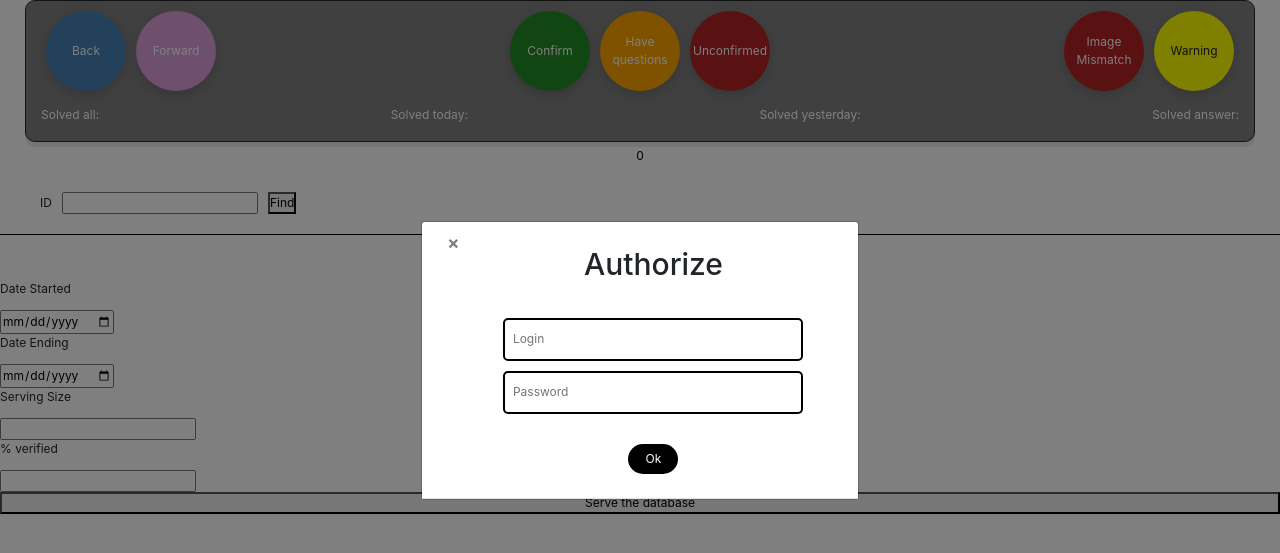
Repository: dmitryglitch/Product-Comparison
Page: /
An editor plug-in stored every save of this project. The page is shown before and after the next save, followed by the edit.
The browser window is 1280 px wide. The pictures show the whole page.
The page's requests for data from a server got no answer. The project was rebuilt for these pictures with package versions that can differ from the ones it lists, and the page was loaded fresh each time. No one was signed in, and anything a server would have sent is missing. Also part of the build but not shown: src/containers/App.css, src/components/Product/ProductOptions.jsx, src/components/Product/ProductImages.jsx, src/components/Product/ProductSpec.jsx, src/components/Product/Product.jsx.

Above is the page before, as saved 2020-02-17 20:46:54.

### src/index.js
import React from 'react';
import ReactDOM from 'react-dom';
import './index.css';
import App from './containers/App';
import * as serviceWorker from './serviceWorker';
import 'bootstrap/dist/css/bootstrap.min.css';
import $ from 'jquery';
import Popper from 'popper.js';
import 'bootstrap/dist/js/bootstrap.bundle.min';

import {createStore, applyMiddleware} from 'redux'
import {composeWithDevTools} from 'redux-devtools-extension';
import thunk from 'redux-thunk'

import reducer from './reducers'
import {Provider} from 'react-redux'

const store = createStore(reducer, composeWithDevTools(applyMiddleware(thunk)));

const rootElement = document.getElementById('root');
ReactDOM.render(
    <Provider store={store}>
        <App/>
    </Provider>,
    rootElement
);

// If you want your app to work offline and load faster, you can change
// unregister() to register() below. Note this comes with some pitfalls.
// Learn more about service workers: https://bit.ly/CRA-PWA
serviceWorker.unregister();

### src/index.css
html {
  height: 100vh;
  width: 100vw;
  font-size: 12px;
}

*,
body {
  margin: 0;
  padding: 0;
  font-family: -apple-system, BlinkMacSystemFont, "Segoe UI", "Roboto", "Oxygen",
    "Ubuntu", "Cantarell", "Fira Sans", "Droid Sans", "Helvetica Neue",
    sans-serif;
  -webkit-font-smoothing: antialiased;
  -moz-osx-font-smoothing: grayscale;
}

.root {
  display: grid;
  width: 100%;
}

code {
  font-family: source-code-pro, Menlo, Monaco, Consolas, "Courier New",
    monospace;
}

.product-container {
  width: 100%;
  height: 100%;
  display: flex;
  justify-content: center;
  flex-direction: row;
}

.product-container-item {
  width: 50%;
  padding: 20px;
  margin: 25px;

  box-shadow: 0 5px 0 #ebebeb;
  display: flex;
  align-items: center;
  flex-direction: column;

  border: 1px solid;
  border-radius: 10px;
}

.product-container-item-name {
  width: 95%;
  height: fit-content;
  padding: 10px;

  display: flex;
  justify-content: center;
  align-items: center;
  text-align: center;
  flex-direction: column;
  box-shadow: 0 5px 0 #ebebeb;

  background-color: linen;
  border-radius: 10px;
}

/* OPTIONS */
.options-container-head {
  display: flex;
  justify-content: space-between;
  text-align: center;

  margin: 10px;
}

.options-container-head h4 {
  width: 50%;
}

.options-container {
  width: 95%;
  padding: 10px;

  display: flex;
  flex-direction: column;

  margin-top: 25px;
  background-color: aliceblue;
  border-radius: 10px;
  box-shadow: 0 5px 0 #ebebeb;
}

.options-item {
  display: flex;
  margin: 15px;
}

.options-item-name {
  width: 50%;
}

.options-item-value {
  width: 50%;
}

.options-name {
  font-weight: bold;
}

/* SPECS */
.specs-container-head {
  display: flex;
  justify-content: space-between;
  text-align: center;

  padding: 10px;
}

.specs-container-head h4 {
  width: 50%;
}

.specs-container {
  width: 95%;
  padding: 10px;

  display: flex;
  flex-direction: column;
  margin-top: 25px;

  box-shadow: 0 5px 0 #ebebeb;
  border-radius: 10px;
  background-color: lavenderblush;
}

.specs-item {
  display: flex;
  margin: 15px;
}

.specs-item-name {
  width: 50%;
}

.specs-item-value {
  width: 50%;
}

.specs-name {
  font-weight: bold;
}

.specs-notation {
  cursor: pointer;
  margin: 5px;
  text-align: center;
}

.product-container-item-name p {
  font-size: 12px;
}

.image-gallery.image-gallery-using-mouse {
  width: 100%;
}

.image-gallery-slide-wrapper.bottom {
  width: 400px;
  height: fit-content;
}

.image-gallery-content.bottom {
  position: relative;
  line-height: 0;
  top: 0;
  display: flex;
  flex-direction: column;
  align-items: center;
}

.image-gallery-thumbnails-container {
  display: flex;
  flex-wrap: wrap;
}

.image-gallery-thumbnail {
  width: 70px !important;
  height: 70px;
}

.line {
  width: 100%;
  height: 1px;
  background-color: black;
}

.image-gallery-container {
  margin: 25px;
}

.image-gallery.image-gallery-using-mouse {
  display: flex;
  justify-content: center;
  align-items: center;
}

.image-gallery-content.bottom.fullscreen {
  width: 50%;
}

.image-gallery-slide-wrapper.bottom {
  width: 100%;
}

/*BUTTON-BAR*/
.button-bar-content {
  display: flex;
  flex-direction: column;
  justify-content: space-between;
  padding: 5px 15px 5px 15px;
  margin: 0 25px 5px 25px;
  border: 1px solid;
  border-radius: 10px;
  background-color: gray;
  box-shadow: 0 5px 0 #ebebeb;
}

.button-bar-content-top {
  display: flex;
  justify-content: space-between;
}

.button-bar-content-center-bt {
  display: flex;
}

.button-bar-content-center button {
  margin: 5px;
}

.button-bar-info-content {
  text-align: center;
  color: black;
}

.button-bar-content-left button {
  width: 80px;
  height: 80px;
  margin: 5px;
  border-radius: 100px;
  cursor: pointer;
  box-shadow: 0px 4px 12px rgba(0, 0, 0, 0.17);
  border: 0;
  color: #fff;
}

.btn-back {
  background-color: steelblue;
}

.btn-forward {
  background-color: plum;
}

.btn-confirm {
  width: 80px;
  height: 80px;
  border-radius: 100px;
  background-color: forestgreen;
  cursor: pointer;
  box-shadow: 0px 4px 12px rgba(0, 0, 0, 0.17);
  border: 0;
  color: #fff;
}

.btn-questions {
  width: 80px;
  height: 80px;
  border-radius: 100px;
  background-color: orange;
  cursor: pointer;
  box-shadow: 0px 4px 12px rgba(0, 0, 0, 0.17);
  border: 0;
  color: #fff;
}

.btn-unconfirmed {
  width: 80px;
  height: 80px;
  border-radius: 100px;
  background-color: firebrick;
  cursor: pointer;
  box-shadow: 0px 4px 12px rgba(0, 0, 0, 0.17);
  border: 0;
  color: #fff;
}

.btn-warning {
  width: 80px;
  height: 80px;
  border-radius: 100px;
  background-color: yellow !important;
  cursor: pointer;
  box-shadow: 0px 4px 12px rgba(0, 0, 0, 0.17);
  border: 0;
  color: #000;
}

.btn-mismatch {
  width: 80px;
  height: 80px;
  border-radius: 100px;
  background-color: firebrick;
  cursor: pointer;
  box-shadow: 0px 4px 12px rgba(0, 0, 0, 0.17);
  border: 0;
  color: #fff;
}

.button-modal-auth {
  display: none;
}

.button-bar-content-right {
  display: flex;
}

.button-bar-content-right button {
  margin: 5px;
}

/*.button-bar-contaner {*/
/*    width: 100%;*/
/*    position: absolute;*/
/*    bottom: 0;*/
/*}*/

.logout {
  display: flex;
  justify-content: flex-end;
  align-items: center;
  padding: 10px;
}

.modal-body.modal-auth-body {
  text-align: center;
  justify-content: center;
  align-items: center;
  flex-direction: column;
  height: fit-content;
  width: 100%;
}

.auth-button {
  width: 50px;
}

.modal-body-input-form {
  display: flex;
  flex-direction: column;
  padding: 30px;
}

.modal-body-input-form input {
  width: 300px;
}

.modal-body-input-login {
  margin-bottom: 10px;
  border: 2px double;
  border-radius: 5px;
  padding: 10.5px 8px;
}

.modal-body-input-password {
  border: 2px double;
  border-radius: 5px;
  padding: 10.5px 8px;
}

.modal-auth {
  display: flex !important;
  width: 100%;
  height: 100%;
  justify-content: center;
  align-items: center;
}

.modal-auth-dialog {
  width: 500px;
}

.logout-user-name {
  margin-right: 10px;
}

.modal-header .close {
  padding: 5px;
  width: 40px;
  height: 40px;
}

.modal-body-input-form {
  display: flex;
  flex-direction: column;
  padding: 30px;
}

.modal-body-button-form button {
  width: 50px;
  background-color: #000;
  border: 0 solid transparent;
  cursor: pointer !important;
  color: #fff;
  border-radius: 100px;
  outline: none;
  height: 30px;
}

/*STATISTIC*/
.statistic-container {
  display: flex;
  justify-content: space-between;
  align-items: center;
  margin-top: 10px;
  color: #fff;
}

/* SEARCH */
.search-content {
  padding: 5px 15px 5px 15px;
  margin: 0 25px 5px 25px;
}

.search-content input {
  margin: 10px;
}

/* REVIEW */
.review-container {
  display: flex;
  flex-direction: column;
}

.review-content-head {
    display: flex;
    font-size: 22px;
    flex-direction: column;
    align-items: center;
}

.review-content-left {
    display: flex;
    flex-direction: column;
}

/* INPUTS */

### src/reducers/index.js
import { combineReducers } from 'redux';
import product from './product';
import user from './user'

export default combineReducers({
    product,
    user
})

### src/components/ButtonBar/ButtonBar.jsx
import React from 'react'


const ButtonBar = ({
                       idCurrentCoupleProduct,
                       sendAnswerCoupleProduct,
                       getBackCoupleProducts,
                       getForwardCoupleProducts,
                       dateCoupleProducts,
                       answerUser,
                       statistics
                   }) => {

    const handleClick = (answer) => {
        sendAnswerCoupleProduct(idCurrentCoupleProduct, answer);
    };

    const handleClickOnBackButton = () => {
        getBackCoupleProducts(dateCoupleProducts)
    };

    const handleClickOnForwardButton = () => {
        getForwardCoupleProducts(dateCoupleProducts)
    };

    return (
        <>
            <div className="button-bar-content">
                <div className="button-bar-content-top">
                    <div className="button-bar-content-left">
                        <button className="btn-back" onClick={handleClickOnBackButton}>Back</button>
                        <button className="btn-forward" onClick={handleClickOnForwardButton}>Forward</button>
                    </div>
                    <div className="button-bar-content-center">
                        <div className="button-bar-content-center-bt">
                            <button className="btn-confirm" onClick={() => handleClick('confirm')}>Confirm</button>
                            <button className="btn-questions" onClick={() => handleClick('questions')}>Have questions
                            </button>
                            <button className="btn-unconfirmed" onClick={() => handleClick('unconfirmed')}>Unconfirmed
                            </button>
                        </div>
                    </div>
                    <div className="button-bar-content-right">
                        <button className="btn-mismatch" onClick={() => handleClick('unconfirmed_image')}>Image
                            Mismatch
                        </button>
                        <button className="btn-warning" onClick={() => handleClick('warning')}>Warning</button>
                    </div>
                </div>
                <div className="button-bar-content-down">
                    <div className="statistic-container">
                        <p>Solved all: {statistics.all}</p>
                        <p>Solved today: {statistics.today}</p>
                        <p>Solved yesterday: {statistics.yesterday}</p>
                        <p>Solved answer: {answerUser}</p>

                    </div>
                </div>
            </div>
            <div className="button-bar-info">
                <div className="button-bar-info-content">
                    <p>{idCurrentCoupleProduct}</p>
                </div>
            </div>
        </>
    )
};

export default ButtonBar;

### src/components/ModalAuth/ModalAuth.js
import React from "react";

class ModalAuth extends React.Component {
    state = {
        login: "",
        password: ""
    };

    authUser = () => {
        let {login, password} = this.state;
        this.props.onSendLoginUser(login, password);
    };

    handleChange = e => {
        let classNameInput = e.target.className;
        let valueInput = e.target.value;

        if (classNameInput === "modal-body-input-login") {
            this.setState({login: valueInput});
        } else {
            this.setState({password: valueInput});
        }
    };

    render() {
        return (
            <div
                className="modal fade modal-auth"
                id="modal-auth"
                tabIndex="-1"
                role="dialog"
                aria-labelledby="exampleModalLabel"
                aria-hidden="true"
                data-backdrop="static"
                data-keyboard="false"
            >
                <div className="modal-dialog modal-auth-dialog" role="document">
                    <div className="modal-content">
                        <div className="modal-header">
                            <button
                                type="button"
                                className="close"
                                data-dismiss="modal"
                                aria-label="Close"
                            >
                <span className="span-aria-hidden" aria-hidden="true">
                  &times;
                </span>
                            </button>
                            <div className="modal-body modal-auth-body">
                                <div className="modal-body-header">
                                    <h1>Authorize</h1>
                                </div>
                                <div className="modal-body-input-form">
                                    <input
                                        onChange={this.handleChange}
                                        className="modal-body-input-login"
                                        placeholder="Login"
                                        type="text"
                                    />
                                    <input
                                        onChange={this.handleChange}
                                        className="modal-body-input-password"
                                        placeholder="Password"
                                        type="password"
                                    />
                                </div>
                                <div className="modal-body-button-form">
                                    <button className="auth-button" onClick={this.authUser}>
                                        Ok
                                    </button>
                                </div>
                            </div>
                        </div>
                    </div>
                </div>
            </div>
        );
    }
}

export default ModalAuth;

### src/components/Search/Search.jsx
import React, {Component} from 'react';

class Search extends Component {
    state = {
        id: ''
    };

    handleClick = () => {
        this.props.searchCoupleProducts(this.state.id)
    };

    render() {
        return (
            <>
                <div className="search-content">
                    <span>ID</span>
                    <input onChange={(e) => { this.setState({id: e.target.value}) }} type="text"/>
                    <button onClick={this.handleClick}>Find</button>
                </div>
            </>
        )
    }

}

export default Search;

### src/components/Review/Review.js
import React, { Component } from "react";
import Inputs from "./Inputs";
import ListUser from "./ListUser";

class Review extends Component {
  render() {
    return (
      <>
        <div className="review-content-head">
          <div className="line"></div>
          <p>Check</p>
        </div>
        <div className="review-content">
          <div className="review-content-left">
            <Inputs />
            <button>Serve the database</button>
          </div>
          <div className="review-content-right">
            <ListUser />
          </div>
        </div>
      </>
    );
  }
}

export default Review;

### src/actions/user.js
export const sendUserLogin = (userName, password) => dispatch => {
    dispatch({type: 'SEND_LOGIN_USER_STARTED'});

    let data = new FormData();
    data.append('userName', userName);
    data.append('password', password);

    fetch(
        'http://match-dev.protarget.pro/backend/isLogined.php', {
            method: "POST",
            credentials: 'same-origin',
            headers: {Accept: "application/json"},
            body: data,
        })
        .then(res => res.json())
        .then(json => {
            console.log(json);
            if (json.result === 'ok') {
                dispatch({type: 'SEND_LOGIN_USER_SUCCESS', payload: json.userName});
                window.location.reload();
            } else {
                // console.log(json.errtext);
                alert(json.errtext)
            }
        })
        .catch(error => dispatch({type: 'SEND_LOGIN_USER_ERROR', payload: error}));
};

export const logOut = (userName, password) => dispatch => {
    dispatch({type: 'LOGOUT_USER_STARTED'});

    let data = new FormData();
    data.append('userName', userName);
    data.append('password', password);

    fetch(
        'http://match-dev.protarget.pro/backend/logOut.php', {
            method: "POST",
            credentials: 'same-origin',
            headers: {Accept: "application/json"},
            body: data,
        })
        .then(res => res.json())
        .then(json => {
            console.log(json);
            if (json.result === 'ok') {
                dispatch({type: 'LOGOUT_USER_SUCCESS', payload: json.userName});
                window.location.reload();
            } else {
                // console.log(json.errtext);
                alert(json.errtext)
            }
        })
        .catch(error => dispatch({type: 'LOGOUT_USER_ERROR', payload: error}));
};

### src/actions/buttonbar.js
import { getCoupleProducts } from "./product";

export const sendAnswerCoupleProduct = (id, answer) => dispatch => {
  dispatch({ type: "SEND_ANSWER_STARTED" });
  console.log("ID", id);
  console.log("ANSWER", answer);

  let data = new FormData();
  data.append("id", id);
  data.append("answer", answer);

  fetch("http://match-dev.protarget.pro/backend/setUserAnswer.php", {
    method: "POST",
    credentials: "same-origin",
    headers: { Accept: "application/json" },
    body: data
  })
    .then(res => res.json())
    .then(json => {
      dispatch({ type: "SEND_ANSWER_SUCCESS", payload: data });
      console.log(json);

      if (json.check === true) {
        dispatch(getCoupleProducts());
      }
    })
    .catch(error => {
      dispatch({ type: "SEND_ANSWER_ERROR", payload: error });
      alert(error);
    });
};

### src/reducers/product.js
const initialState = {
    isFetching: false,
    isError: null,
    id: 0,
    date: null,
    answerUser: null,
    statistics: {},
    id_answer: 0,
    result: null,
    massProducts: null
};

const product = (state = initialState, action) => {
    switch (action.type) {
        case 'GET_COUPLE_PRODUCTS_SUCCESS':
            return {
                ...state,
                isFetching: false,
                isError: null,
                isLogin: true,
                id: action.payload.id,
                date: action.payload.date,
                answerUser: action.payload.answerUser,
                statistics: action.payload.statistics,
                id_answer: action.payload.id_answer,
                result: action.payload.result,
                massProducts: action.payload.massProducts
            };

        case 'GET_BACK_COUPLE_PRODUCTS_SUCCESS':
            return {
                ...state,
                isFetching: false,
                isError: null,
                isLogin: true,
                id: action.payload.id,
                date: action.payload.date,
                answerUser: action.payload.answerUser,
                statistics: action.payload.statistics,
                id_answer: action.payload.id_answer,
                result: action.payload.result,
                massProducts: action.payload.massProducts
            };

        case 'GET_FORWARD_COUPLE_PRODUCTS_SUCCESS':
            return {
                ...state,
                isFetching: false,
                isError: null,
                isLogin: true,
                id: action.payload.id,
                date: action.payload.date,
                answerUser: action.payload.answerUser,
                statistics: action.payload.statistics,
                id_answer: action.payload.id_answer,
                result: action.payload.result,
                massProducts: action.payload.massProducts
            };

        case 'SEARCH_COUPLE_PRODUCTS_SUCCESS':
            return {
                ...state,
                isFetching: false,
                isError: null,
                isLogin: true,
                id: action.payload.id,
                date: action.payload.date,
                answerUser: action.payload.answerUser,
                statistics: action.payload.statistics,
                id_answer: action.payload.id_answer,
                result: action.payload.result,
                massProducts: action.payload.massProducts
            };

        case 'GET_COUPLE_PRODUCTS_STATED':
        case 'GET_BACK_COUPLE_PRODUCTS_STATED':
        case 'GET_FORWARD_COUPLE_PRODUCTS_STATED':
        case 'SEARCH_COUPLE_PRODUCTS_STATED':
            return {
                ...state,
                isFetching: true,
                isError: null
            };

        case 'GET_COUPLE_PRODUCTS_LOGIN_ERROR':
        case 'GET_BACK_COUPLE_PRODUCTS_LOGIN_ERROR':
        case 'GET_FORWARD_COUPLE_PRODUCTS_LOGIN_ERROR':
        case 'SEARCH_PRODUCTS_LOGIN_ERROR':
            return {
                ...state,
                isFetching: true,
                isError: null,
                isLogin: false
            };

        case 'GET_COUPLE_PRODUCTS_ERROR':
        case 'GET_BACK_COUPLE_PRODUCTS_ERROR':
        case 'GET_FORWARD_COUPLE_PRODUCTS_ERROR':
        case 'SEARCH_COUPLE_PRODUCTS_ERROR':
            return {
                ...state,
                isFetching: false,
                isError: action.payload
            };

        default:
            return state;
    }
};

export default product

### src/reducers/user.js
const initialState = {
    userName: '',
    isLogin: false,
    isFetching: true,
    isError: null
};

const user = (state = initialState, action) => {
    switch (action.type) {
        case 'SEND_LOGIN_USER_SUCCESS':
            return {
                ...state,
                userName: action.payload,
                isFetching: false,
                isError: null,
                isLogin: true,
            };

        case 'LOGOUT_USER_SUCCESS':
            return {
                ...state,
                userName: '',
                isFetching: false,
                isError: null,
                isLogin: false,
            };

        case 'SEND_LOGIN_USER_STARTED':
        case 'LOGOUT_USER_STARTED':
            return {
                ...state,
                isFetching: true,
                isError: null
            };

        case 'SEND_LOGIN_USER_ERROR':
        case 'LOGOUT_USER_ERROR':
            return {
                ...state,
                isFetching: false,
                isError: action.payload
            };


        default:
            return state;
    }

};

export default user

### src/components/Review/Inputs.jsx
import React from "react";

const Inputs = () => {
  return (
    <>
      <div className="review-inputs-container">
        <div className="input-started">
            <p>Date Started</p>
            <input type="date"/>
        </div>
        <div className="input-ending">
            <p>Date Ending</p>
            <input type="date"/>
        </div>
        <div className="input-serving-size">
            <p>Serving Size</p>
            <input type="text"/>
        </div>
        <div className="input-percent">
            <p>% verified</p>
            <input type="text"/>
        </div>
      </div>
    </>
  );
};

export default Inputs;

### src/components/Review/ListUser.jsx
import React from "react";

const ListUser = () => {
  return <>
  </>;
};

export default ListUser;

Loaded but not shown: public/index.html (common file); src/serviceWorker.js (common file); src/actions/product.js (158 lines, source omitted); src/containers/App.js (127 lines, source omitted)

After the next save:
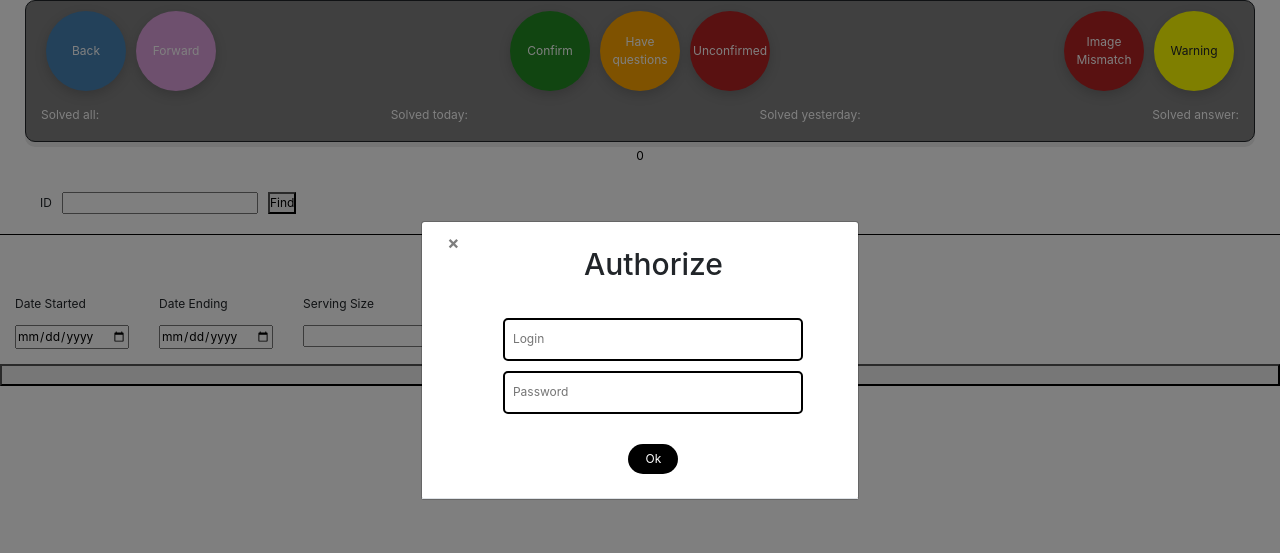
Saved 2 min 23 s later.
--- a/src/index.css
+++ b/src/index.css
@@ -453,4 +453,11 @@ code {
     flex-direction: column;
 }
 
+.review-inputs-container{
+    display: flex;
+}
+.review-inputs-container div{
+    margin: 15px;
+}
+
 /* INPUTS */
